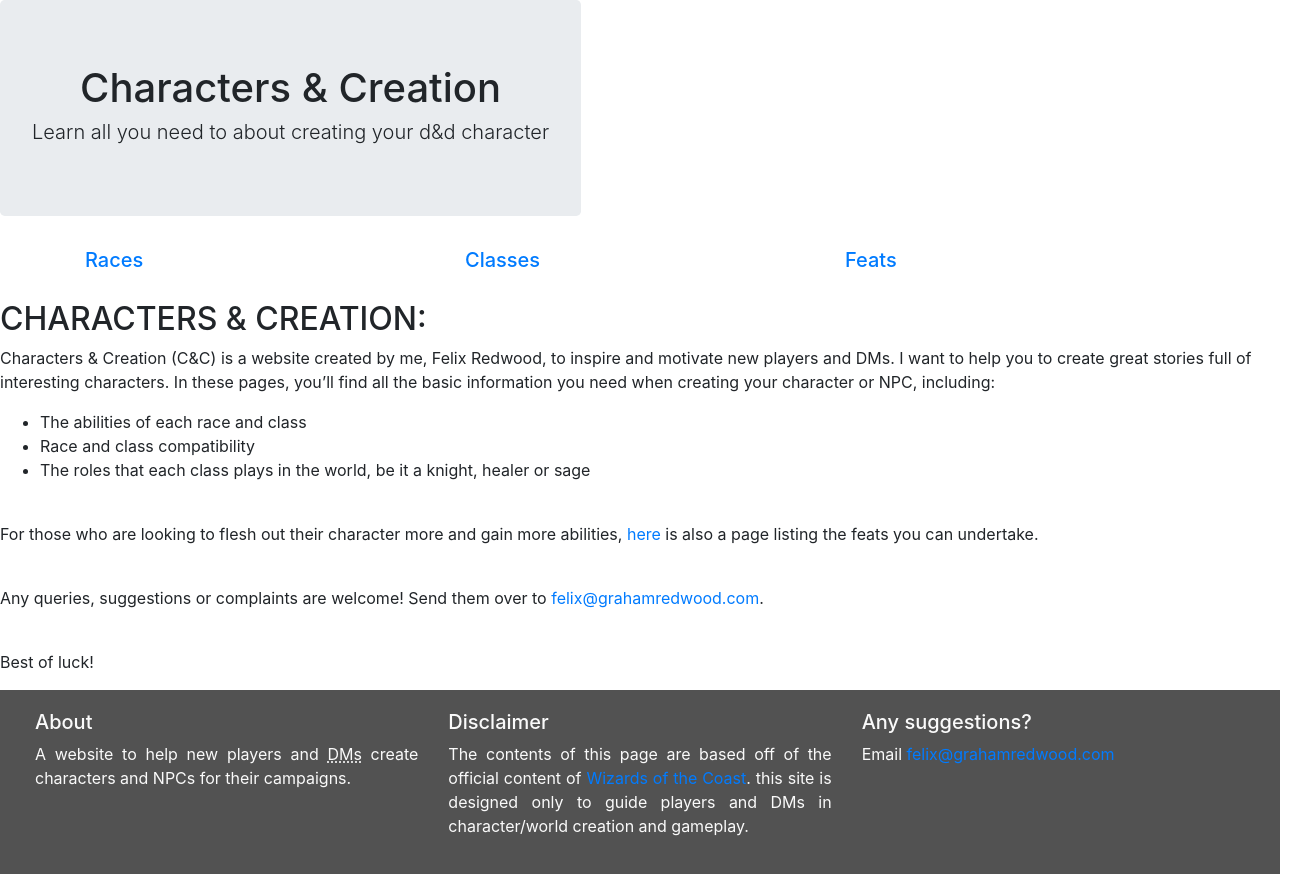
Repository: Felix-Redwood/Interactive-Frontend-Development-Milestone-Project
Page: index.html
The author's editor kept a record of every edit. The page is drawn from the files as they stood at one moment, then again after the next edit.
The browser window is 1280 px wide. The page is 1295 px wide, so the pictures cover 1295 px, including what lies to the right of the window. The pictures show the whole page.

Above is the page before.

After the next edit:
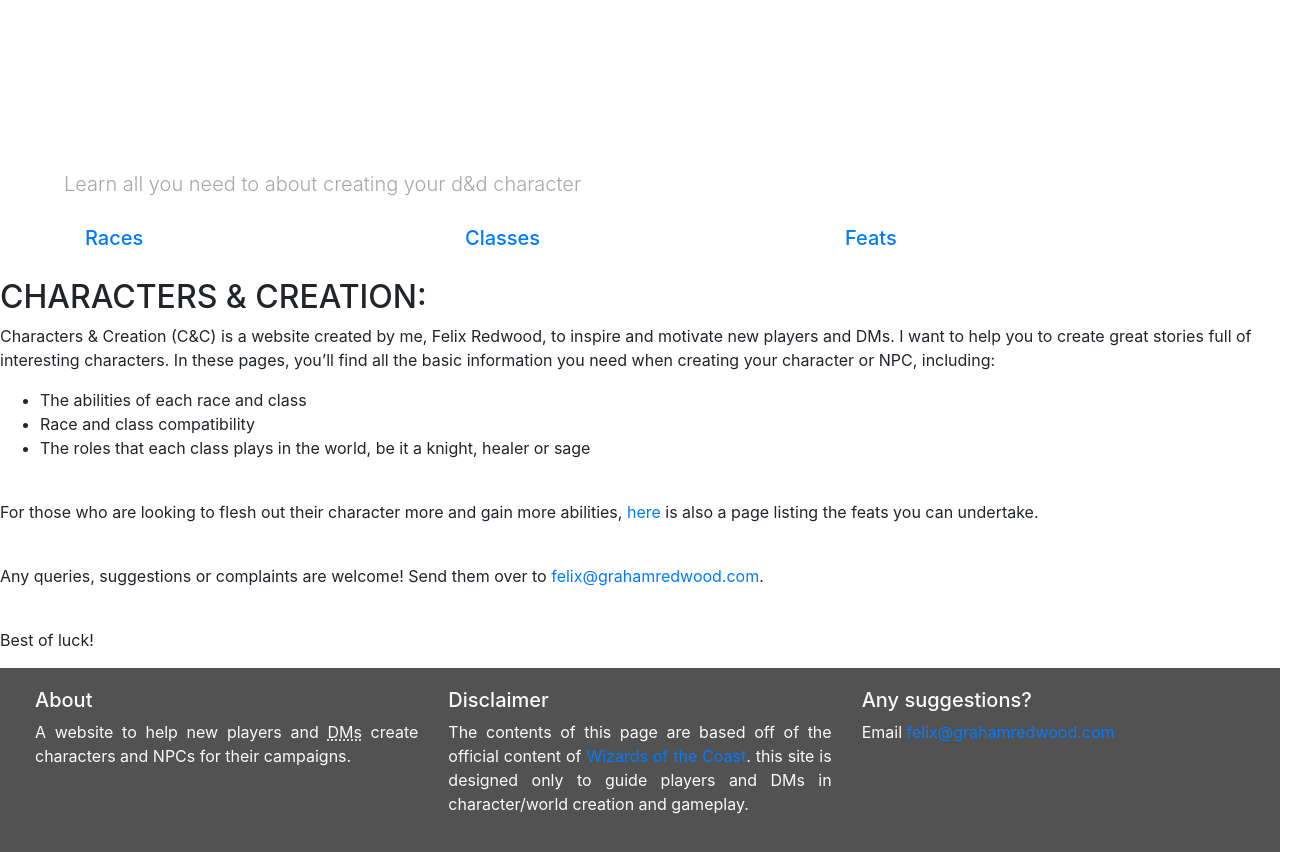
The edit:
--- a/index.html
+++ b/index.html
@@ -22,8 +22,8 @@
         <div class="row">
             <div class="opaque-overlay">
                 <div class="col-12" style="padding-left: 0; padding-right: 0;">
-                    <section class="callout jumbotron text-center">
-                        <h1 class="jumbotron-header">Characters & Creation</h1>
+                    <section class="mainpage text-center">
+                        <h1 class="mainpage-h1">Characters & Creation</h1>
                         <h2 class="lead">Learn all you need to about creating your d&d character</h2>
                     </section>
                 </div>
